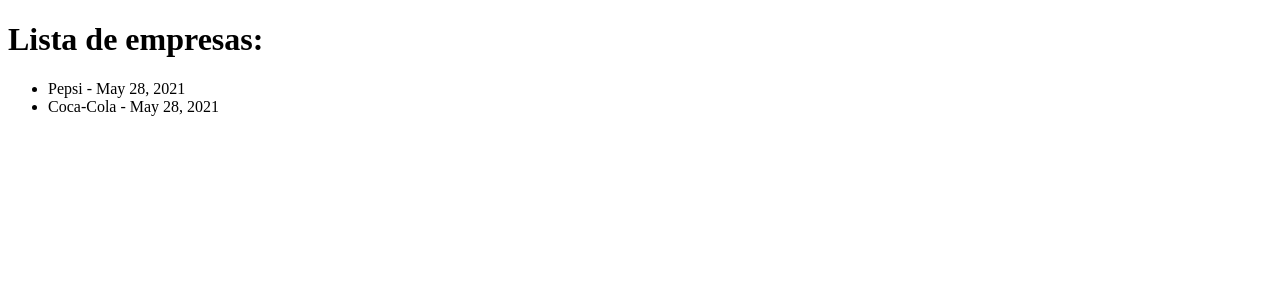
Repository: scaziti/java-spring
Page: http://localhost/gerenciador/listaEmpresas
An editor plug-in stored every save of this project. The page is shown before and after the next save, followed by the edit.
The browser window is 1280 px wide. The pictures show the whole page.
The page is served by Tomcat 9.

Above is the page before, as saved 2021-06-02 13:02:21.

After the next save:
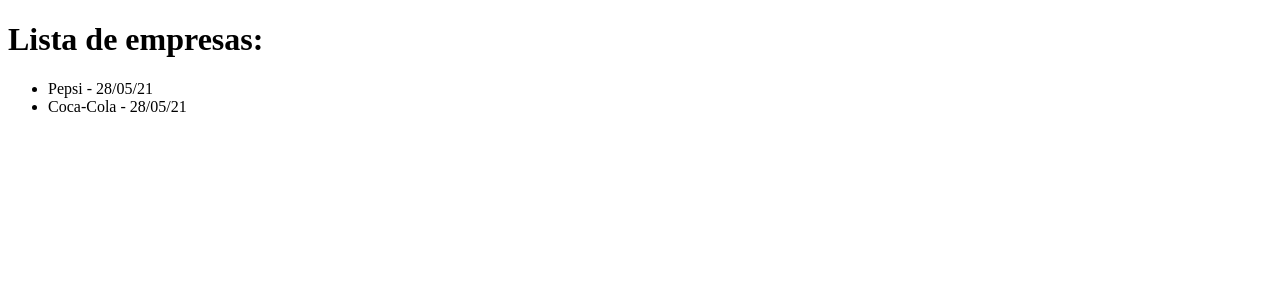
Saved 47 s later.
--- a/gerenciador/WebContent/listaEmpresas.jsp
+++ b/gerenciador/WebContent/listaEmpresas.jsp
@@ -16,7 +16,7 @@
 	<ul>
 		<c:forEach items="${empresas}" var="empresa">
 
-			<li> ${empresa.nome} - <fmt:formatDate value="${empresa.dataAbertura}"/></li>
+			<li> ${empresa.nome} - <fmt:formatDate value="${empresa.dataAbertura}" pattern="dd/MM/yy"/></li>
 		</c:forEach>
 	</ul>
 
